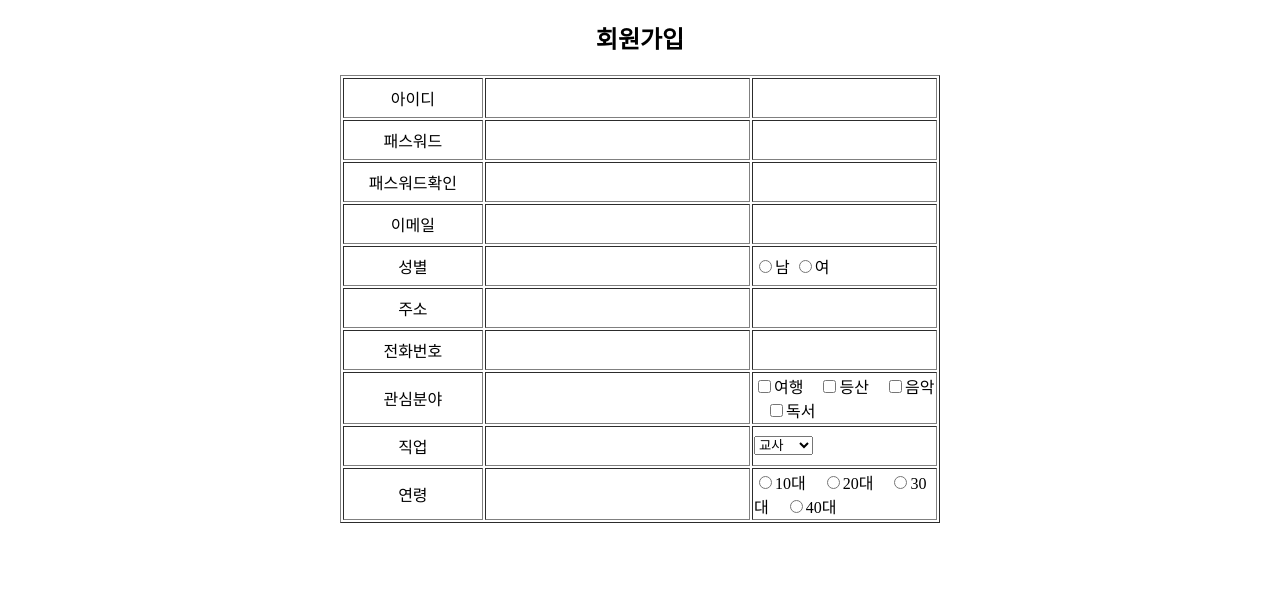
Repository: topblame/Bootcamp
Page: http://localhost/JSP_250408/chapter01/02_member.jsp
The author's editor kept a copy of each file at every save. The page is drawn from the files as they stood at one save, then again after the next save.
The browser window is 1280 px wide. The pictures show the whole page.
The page is served by Tomcat 9. Other server files are loaded and not shown.

Above is the page before, as saved 2025-06-24 03:57:01.

### WebMvc/JSP_250408/src/main/webapp/chapter01/02_member.jsp
<%@ page language="java" contentType="text/html; charset=UTF-8"
	pageEncoding="UTF-8"%>
<!DOCTYPE html PUBLIC "-//W3C//DTD HTML 4.01 Transitional//EN" "http://www.w3.org/TR/html4/loose.dtd">

<html>
<head>
<meta charset="UTF-8">
<title>Insert title here</title>
</head>
<body>
	<center>
		<h2>회원가입</h2>
		<form action="MemberJoinProc.jsp">
			<table width="600" border="1">
				<tr height="40">
					<td width="200" align="center">아이디</td>
					<td width = "400" align = "left"></td>
					<td>
						<input type="text" name="id" style="border: none; outline: none;">
					</td>
				</tr>

				<tr height="40">
					<td width="200" align="center">패스워드</td>
					<td width = "400" align = "left"></td>
					<td>
						<input type="password" name="pass1" style="border: none; outline: none;">
					</td>
				</tr>

				<tr height="40">
					<td width="200" align="center">패스워드확인</td>
					<td width = "400" align = "left"></td>
					<td>
						<input type="password" name="pass2" style="border: none; outline: none;">
					</td>
				</tr>

				<tr height="40">
					<td width="200" align="center">이메일</td>
					<td width = "400" align = "left"></td>
					<td>
						<input type="email" name="email" style="border: none; outline: none;">
					</td>
				</tr>

				<tr height="40">
					<td width="200" align="center">성별</td>
					<td width = "400" align = "left"></td>
					<td>
						<input type="radio" name= "gender" value = "남">남
						<input type="radio" name= "gender" value = "여">여
					</td>
				</tr>

				<tr height="40">
					<td width="200" align="center">주소</td>
					<td width = "400" align = "left"></td>
					<td>
						<input type="text" name= "address" style="border: none; outline: none;">

					</td>
				</tr>

				<tr height="40">
					<td width="200" align="center">전화번호</td>
					<td width = "400" align = "left"></td>
					<td>
						<input type="phone" name= "phone" style="border: none; outline: none;">

					</td>
				</tr>

				<tr height="40">
					<td width="200" align="center">관심분야</td>
					<td width = "400" align = "left"></td>
					<td>
						<input type="checkbox" name= "hobby" value = "여행">여행 &nbsp;&nbsp;
						<input type="checkbox" name= "hobby" value = "등산">등산 &nbsp;&nbsp;
						<input type="checkbox" name= "hobby" value = "음악">음악 &nbsp;&nbsp;
						<input type="checkbox" name= "hobby" value = "독서">독서 &nbsp;&nbsp;
					</td>
				</tr>

				<tr height="40">
					<td width="200" align="center">직업</td>
					<td width = "400" align = "left"></td>
					<td>
						<select name = "job">
						<option value = "교사">교사</option>
						<option value = "유튜버">유튜버</option>
						<option value = "의사">의사</option>
						<option value = "기술사">기술사</option>
						</select>
					</td>
				</tr>

				<tr height="40">
					<td width="200" align="center">연령</td>
					<td width = "400" align = "left"></td>
					<td>
						<input type="radio" name= "age" value = "10">10대 &nbsp;&nbsp;
						<input type="radio" name= "age" value = "20">20대 &nbsp;&nbsp;
						<input type="radio" name= "age" value = "30">30대 &nbsp;&nbsp;
						<input type="radio" name= "age" value = "40">40대 &nbsp;&nbsp;
						</select>
					</td>
				</tr>

			</table>
		</form>
	</center>
</body>
</html>

After the next save:
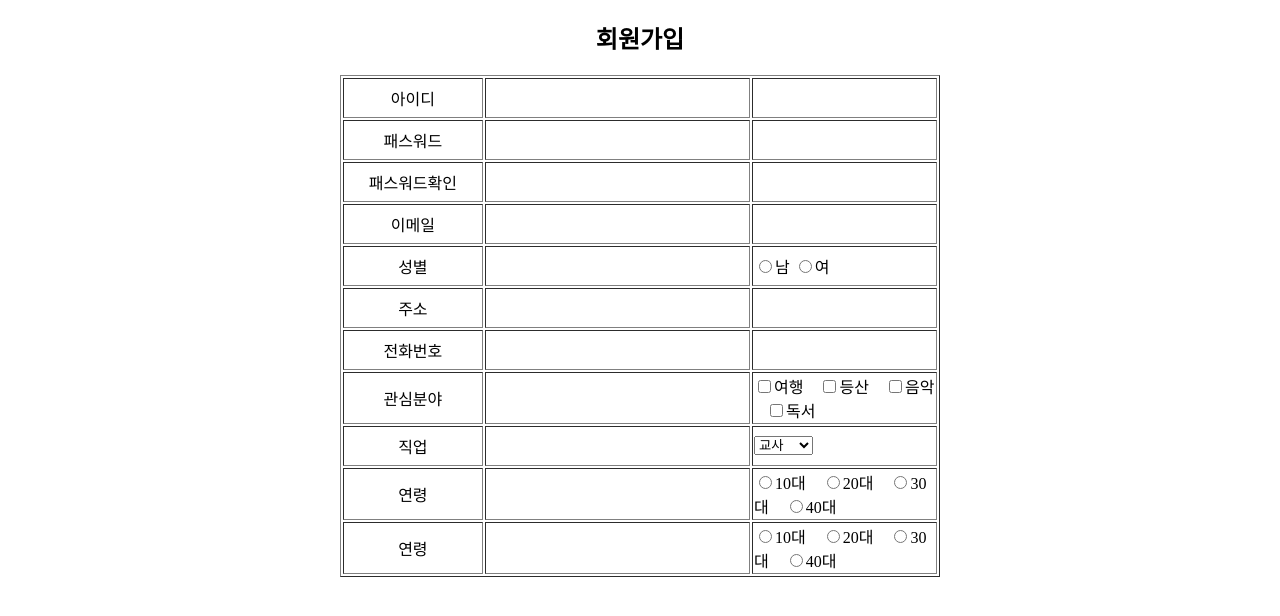
Saved 8 s later.
--- a/WebMvc/JSP_250408/src/main/webapp/chapter01/02_member.jsp
+++ b/WebMvc/JSP_250408/src/main/webapp/chapter01/02_member.jsp
@@ -107,6 +107,18 @@
 					</td>
 				</tr>
 
+				<tr height="40">
+					<td width="200" align="center">연령</td>
+					<td width = "400" align = "left"></td>
+					<td>
+						<input type="radio" name= "age" value = "10">10대 &nbsp;&nbsp;
+						<input type="radio" name= "age" value = "20">20대 &nbsp;&nbsp;
+						<input type="radio" name= "age" value = "30">30대 &nbsp;&nbsp;
+						<input type="radio" name= "age" value = "40">40대 &nbsp;&nbsp;
+						</select>
+					</td>
+				</tr>
+
 			</table>
 		</form>
 	</center>
